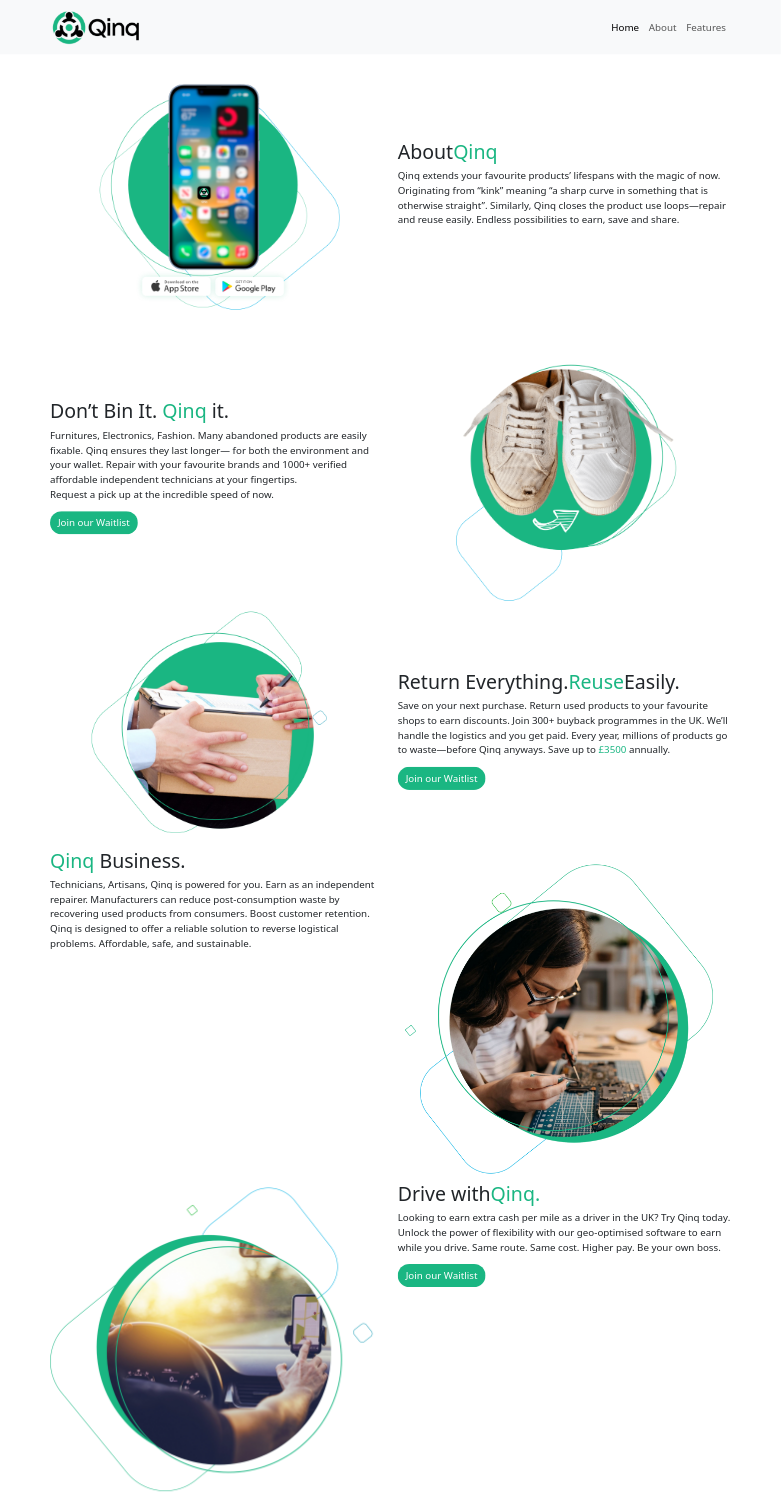
Repository: HelloQinq2023/qinq.github.io
Page: index.html
An editor plug-in stored every save of this project. The page is shown before and after the next save, followed by the edit.
The browser window is 1280 px wide. The pictures show the whole page, at 61% of full size.

Above is the page before, as saved 2023-02-22 16:01:45.

After the next save:
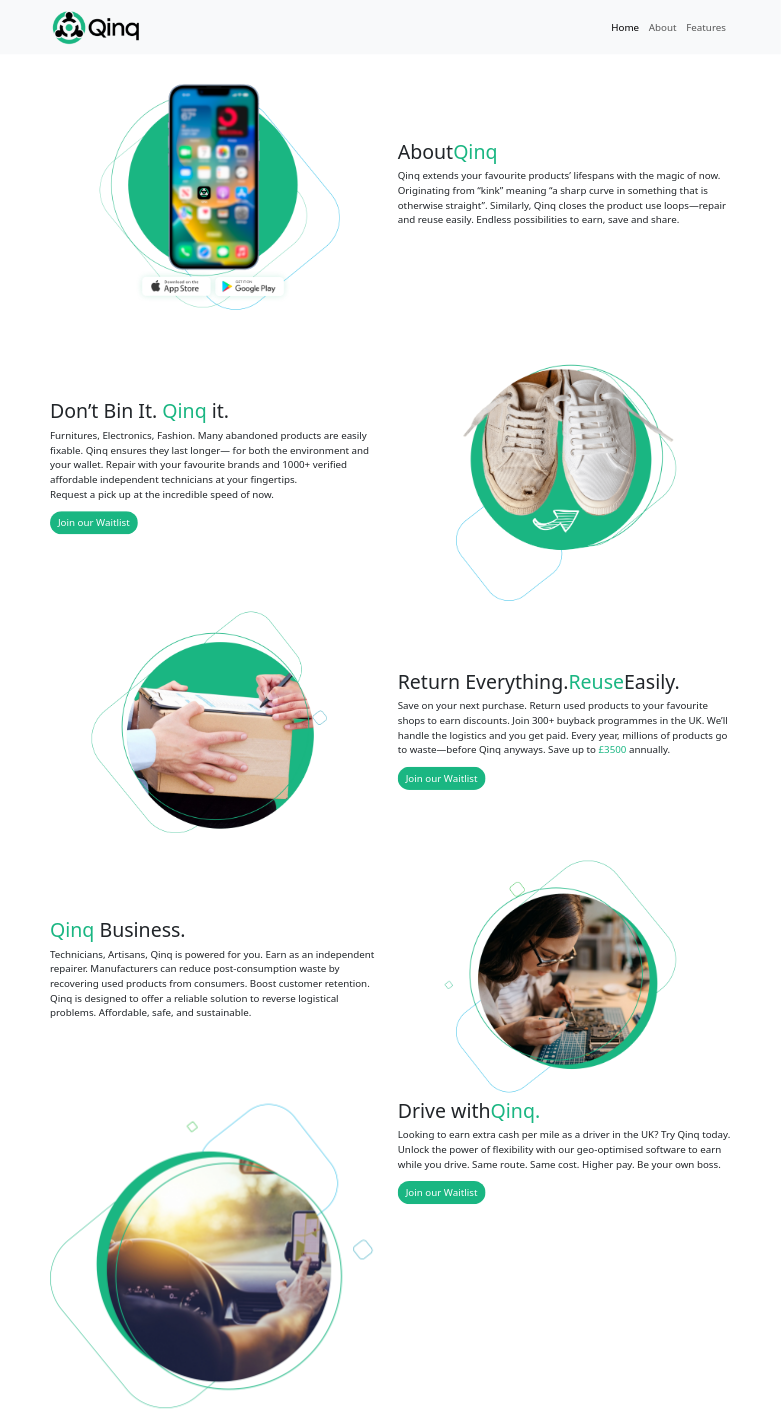
Saved 50 s later.
--- a/index.html
+++ b/index.html
@@ -87,13 +87,15 @@
 
         <div class="container">
             <div class="row">
-                <div class="col-md-6">
-                    <h2><span class="green">Qinq</span> Business.</h2>
-                    <p>Technicians, Artisans, Qinq is powered for you. Earn as an independent repairer.
-                        Manufacturers can reduce post-consumption waste by recovering used products from consumers. Boost customer retention. Qinq is designed to offer a reliable solution to reverse logistical problems. Affordable, safe, and sustainable.</p>
+                <div class="col-md-6 d-flex justify-content-center align-items-center">
+                    <div>
+                        <h2><span class="green">Qinq</span> Business.</h2>
+                        <p>Technicians, Artisans, Qinq is powered for you. Earn as an independent repairer.
+                            Manufacturers can reduce post-consumption waste by recovering used products from consumers. Boost customer retention. Qinq is designed to offer a reliable solution to reverse logistical problems. Affordable, safe, and sustainable.</p>
+                    </div>
                 </div>
-                <div class="col-md-6">
-                    <img src="images/features1.png" class="w-100 img-fluid img-responsive img">
+                <div class="col-md-6 d-flex justify-content-center align-items-center">
+                    <img src="images/features1.png" class="w-75 img-fluid img-responsive img">
                 </div>
             </div>
 
